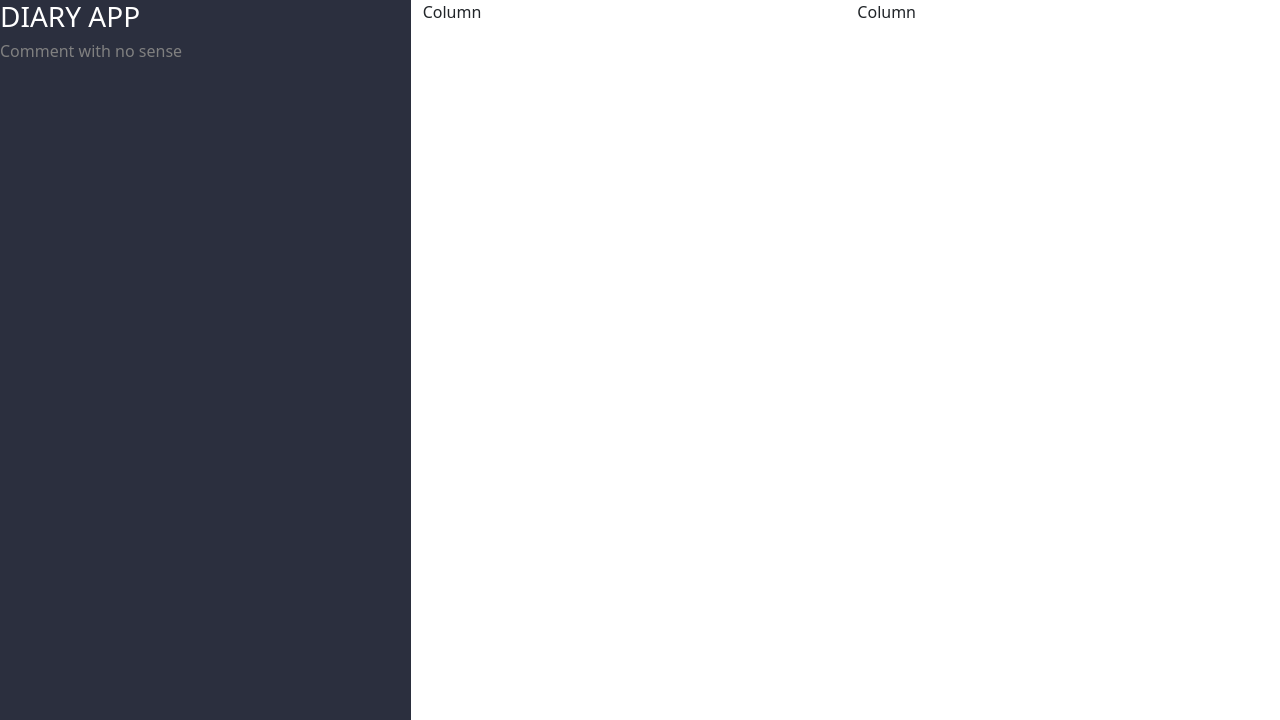
Repository: tsydikov/diary
Page: /
An editor plug-in stored every save of this project. The page is shown before and after the next save, followed by the edit.
The browser window is 1280 px wide. The pictures show the whole page.
The project was rebuilt for these pictures with package versions that can differ from the ones it lists, and the page was loaded fresh each time.

Above is the page before, as saved 2021-09-10 18:58:22.

After the next save:
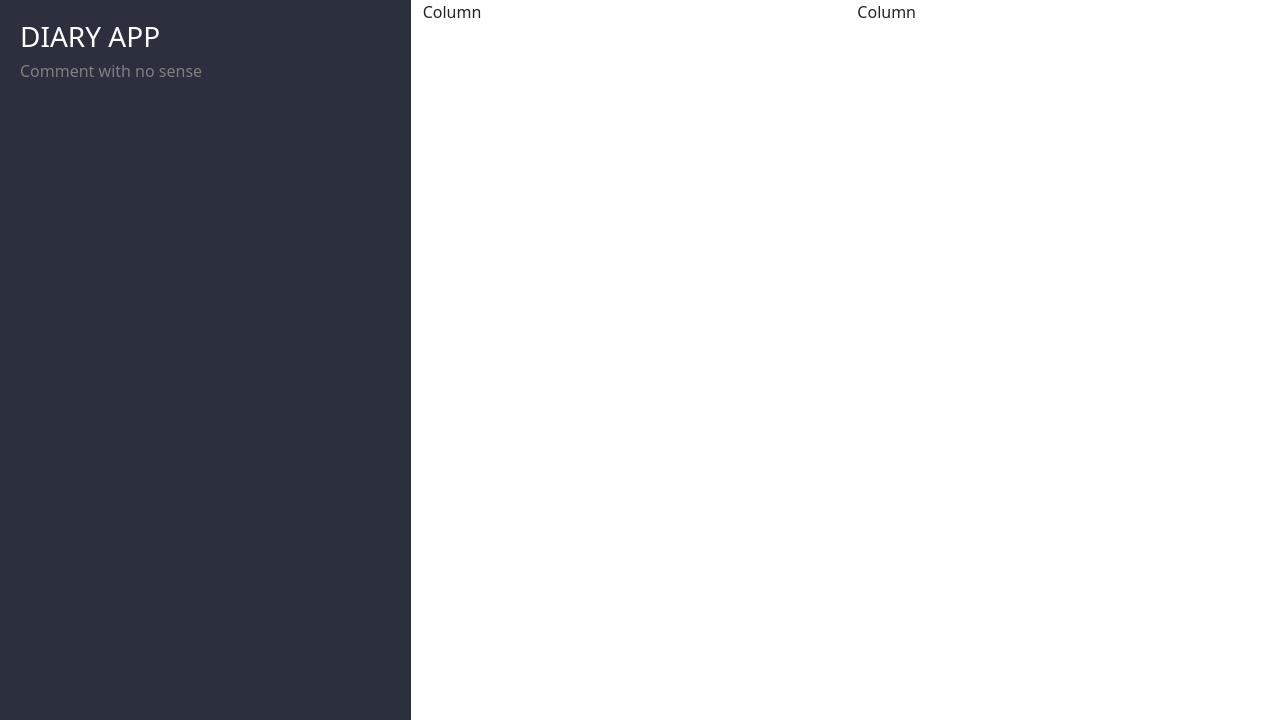
Saved 14 s later.
--- a/src/UI/Navbar/Navbar.module.css
+++ b/src/UI/Navbar/Navbar.module.css
@@ -1,6 +1,7 @@
 .container {
     background: #2b2f3e;
     height: 100vh;
+    padding: 20px;
 }
 
 .container h1 {
